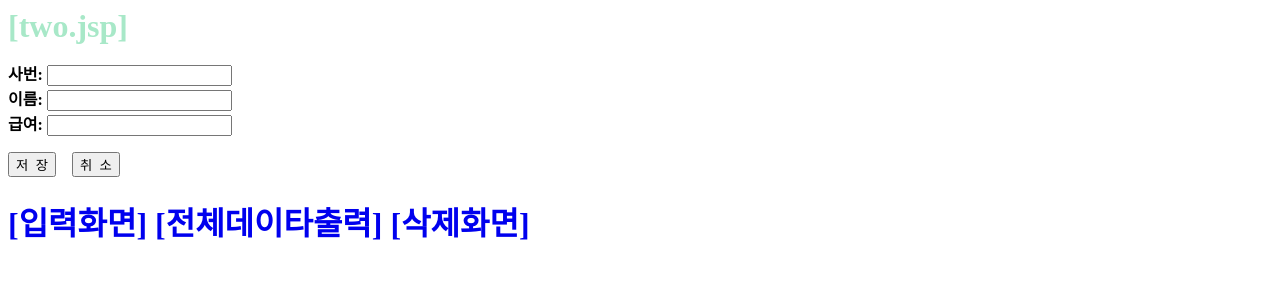
Repository: sorakazae/ITBANK_JSP_101
Page: http://localhost/Web0517/two.jsp
These files come from the project's save history. The page is drawn as it stood at one moment and after the next save; the edit follows.
The browser window is 1280 px wide. The pictures show the whole page.
The page is served by Tomcat 9.

Above is the page before, as saved 2014-05-25 05:18:11.

### day8/my/Web0517/WebContent/two.jsp
<%@ page language="java" contentType="text/html; charset=EUC-KR"
    pageEncoding="EUC-KR"%>
<html>
<head>

<title> [two.jsp]</title>
 <style type="text/css">
	a{font-size:24pt; text-decoration:none;}
	a:hover{font-size:32pt; text-decoration:underline;}
 </style>
 <script type = "text/javascript">
 	function move(){
 		var data1=myform.sabun.value;
 		if(data1==""){
 			alert("사번이 공백입니다"); // alert(" 메세지 "); 안내문메세지
 			myform.sabun.focus();// 재입력을 위해서 초점(커서)이 간다.
 			return false;
 		}else{myform.name.focus();}

 		//이름공백체크하기전에 사번자릿수 4자리체크
 		var len= myform.sabun.value.length;
 		if(len!=4){
 			alert("사번입력란 자릿수는 4자리이어야 합니다");
 			myform.sabun.value=="";
 			myform.sabun.focus();
 			return false;
 		}


 		if(myform.name.value==""){
 			alert("이름이 공백입니다");
 	 		myform.name.focus();
 	 		return false;
 	 		}else{myform.pay.focus();}

 	 	if(myform.pay.value==""){
 	 		alert("급여가 공백입니다");
 	 		myform.pay.focus();
 	 		return false;
 	 		}else{myform.pay.focus();}

 	 	// 모든데이타입력했으면 action="twoSave.jsp"연결
 	 	document.myform.submit(); //action="twoSave.jsp"연결
 	} // move End
 	</script>
</head>
<body>
	<font size=6 color="#A8E8C8"><b> [two.jsp]</b></font>
	<p>
	<form name="myform" method="get" action="twoSave.jsp">
		<b>사번:</b> <input type=text name="sabun" maxlength="4" > <br>
		<b>이름:</b> <input type=text name="name"> <br>
		<b>급여:</b> <input type=text name="pay"> <p>
		<input type="button" value="저  장" onClick="move()"> &nbsp;&nbsp;
		<input type="reset" value="취  소">
	</form>

	<p>

	<h1>
	 <a href="two.jsp">[입력화면]</a>
	 <a href="twoList.jsp">[전체데이타출력]</a>
	 <a href="twoDelete.jsp">[삭제화면]</a>
	</h1>
</body>
</html>

After the next save:
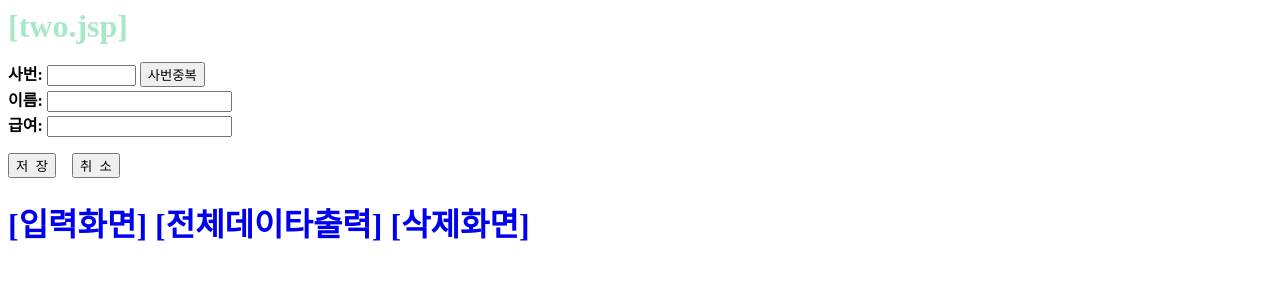
Saved 5 days later.
--- a/day8/my/Web0517/WebContent/two.jsp
+++ b/day8/my/Web0517/WebContent/two.jsp
@@ -48,7 +48,10 @@
 	<font size=6 color="#A8E8C8"><b> [two.jsp]</b></font>
 	<p>
 	<form name="myform" method="get" action="twoSave.jsp">
-		<b>사번:</b> <input type=text name="sabun" maxlength="4" > <br>
+		<b>사번:</b> <input type=text name="sabun" size=8 maxlength="4" >
+					<input type=button value="사번중복">
+
+		<br>
 		<b>이름:</b> <input type=text name="name"> <br>
 		<b>급여:</b> <input type=text name="pay"> <p>
 		<input type="button" value="저  장" onClick="move()"> &nbsp;&nbsp;
